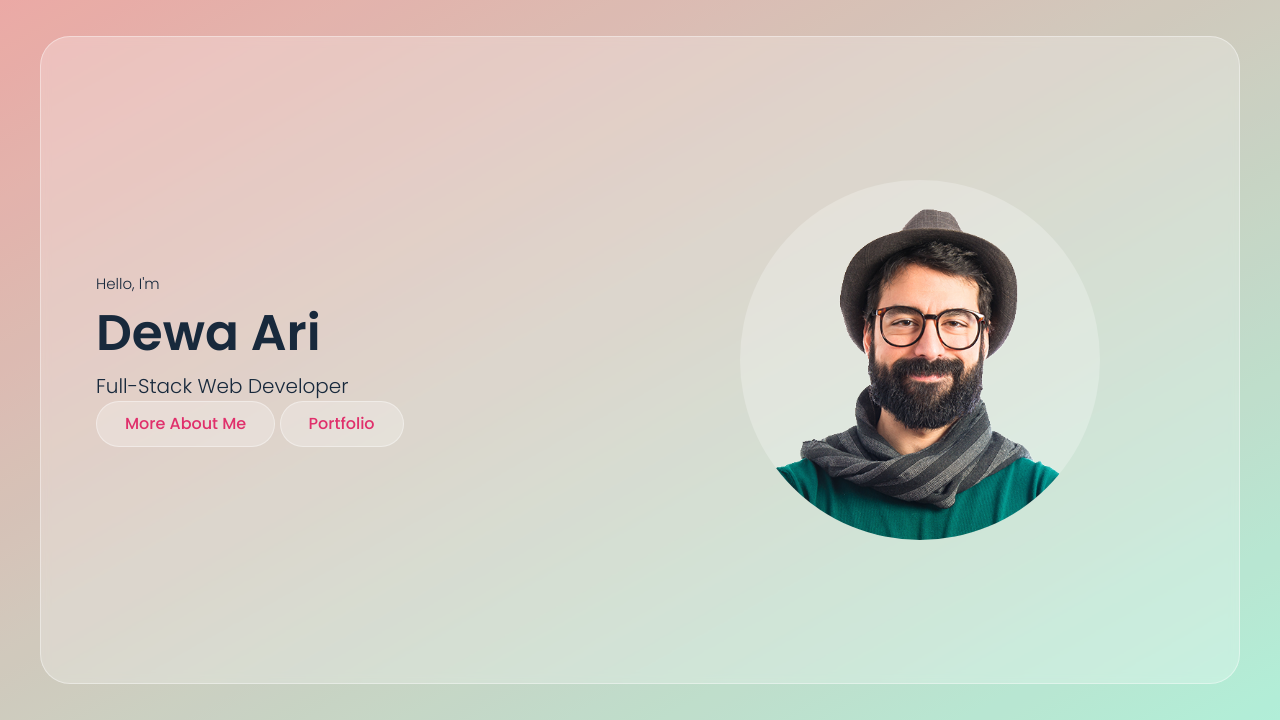
Repository: dewaary/Glassmorp-me
Page: index.html
An editor plug-in stored every save of this project. The page is shown before and after the next save, followed by the edit.
The browser window is 1280 px wide. The pictures show the whole page.
The pointer rests on the first visible `.btn`.

Above is the page before, as saved 2021-05-12 22:35:32.

After the next save:
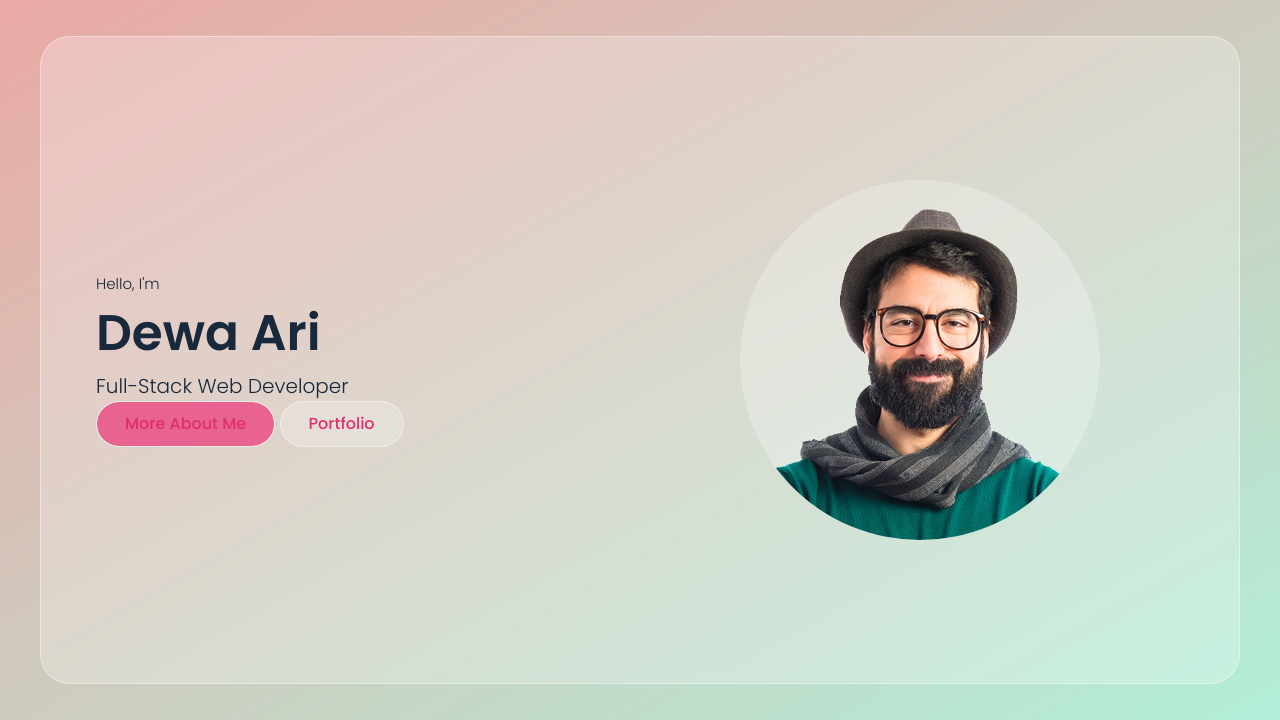
Saved 26 s later.
--- a/style.css
+++ b/style.css
@@ -138,6 +138,9 @@ Buttons */
     transition: width 0.3s ease;
 }
 
+.btn:hover::before{
+    width: 100%;
+}
 
 /*
 Home Section */
